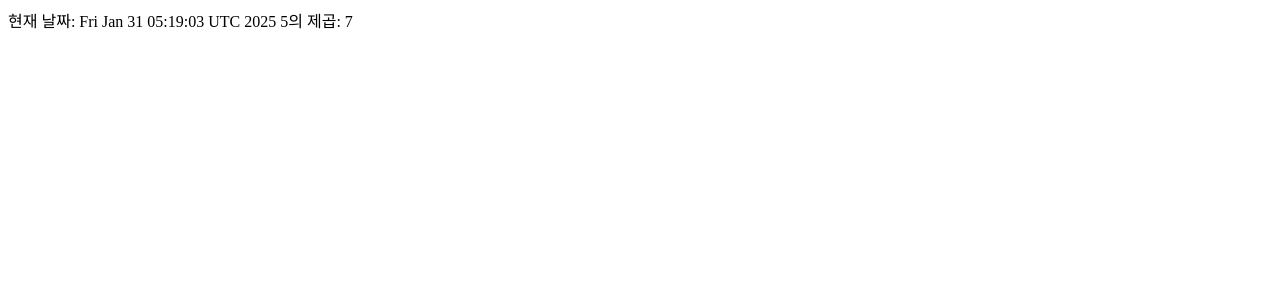
Repository: SJM7301/KH-JSP
Page: http://localhost/JSPBook/ch03/page.jsp
These files come from the project's save history. The page is drawn as it stood at one moment and after the next save; the edit follows.
The browser window is 1280 px wide. The pictures show the whole page.
The page is served by Tomcat 10.

Above is the page before, as saved 2025-02-03 02:42:07.

After the next save:
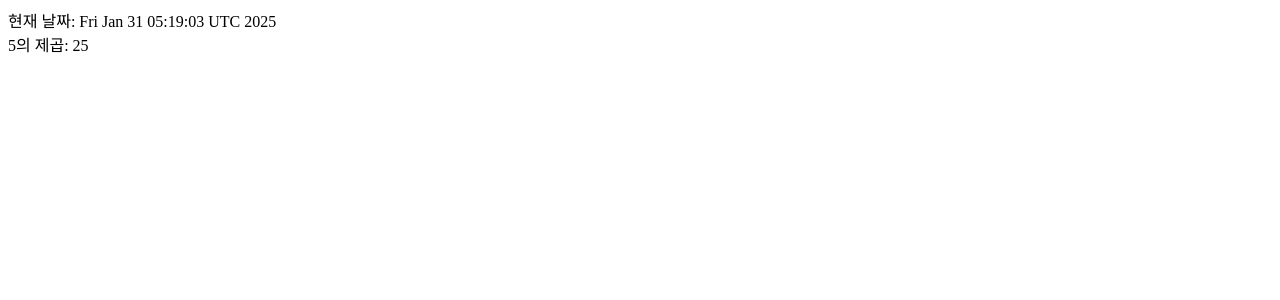
Saved 2 min 30 s later.
--- a/JSPBook/src/main/webapp/ch03/page.jsp
+++ b/JSPBook/src/main/webapp/ch03/page.jsp
@@ -9,7 +9,7 @@
 <title>Insert title here</title>
 </head>
 <body>
-	현재 날짜: <%=new Date()%>
-	5의 제곱: <% out.println(5^2); %>
+	현재 날짜: <%=new Date()%> <br>
+	<% out.println("5의 제곱: " + (5 * 5)); %>
 </body>
 </html>
